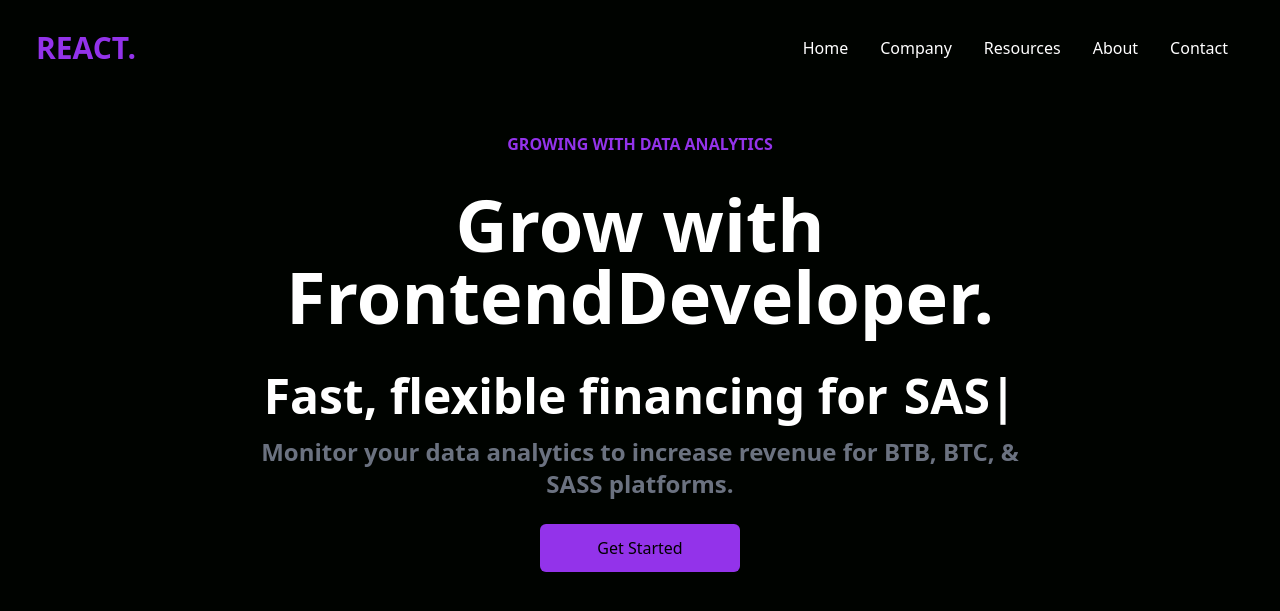
Repository: OmniaRafat232111121/tailwindreact
Page: /
An editor plug-in stored every save of this project. The page is shown before and after a run of saves, followed by the edit.
The browser window is 1280 px wide. The pictures show the whole page.
The project was rebuilt for these pictures with package versions that can differ from the ones it lists, and the page was loaded fresh each time.

Above is the page before, as saved 2022-09-11 02:15:36.

### src/index.js
import React from 'react';
import ReactDOM from 'react-dom/client';
import './index.css';
import App from './App';
import 'animate.css';
const root = ReactDOM.createRoot(document.getElementById('root'));
root.render(
  <React.StrictMode>
    <App />
  </React.StrictMode>
);

### src/App.js
import React from 'react';
// import Analytics from './components/Analytics';
// import Cards from './components/Cards';
// import Footer from './components/Footer';
 import Hero from './components/Hero';
import Navbar from './components/Navbar';
// import Newsletter from './components/Newsletter';

function App() {
  return (
    <div>
      <Navbar />
      <Hero/>
    </div>
  );
}

export default App;

### src/components/Hero.jsx
import React from 'react';
import Typed from 'react-typed';

const Hero = () => {
  return (
    <div className='text-white'>
      <div className='max-w-[800px] mt-[-96px] w-full h-screen mx-auto text-center flex flex-col justify-center'>
        <p className='text-purple-600 font-bold p-2'>
          GROWING WITH DATA ANALYTICS
        </p>
        <h1 className='md:text-7xl sm:text-6xl text-4xl font-bold md:py-6'>
          Grow with FrontendDeveloper.
        </h1>
        <div className='flex justify-center items-center'>
          <p className='md:text-5xl sm:text-4xl text-xl font-bold py-4'>
            Fast, flexible financing for
          </p>
          <Typed
          className='md:text-5xl sm:text-4xl text-xl font-bold md:pl-4 pl-2'
            strings={['BTB', 'BTC', 'SASS']}
            typeSpeed={120}
            backSpeed={140}
            loop
          />
        </div>
        <p className='md:text-2xl text-xl font-bold text-gray-500'>Monitor your data analytics to increase revenue for BTB, BTC, & SASS platforms.</p>
        <button className='bg-purple-600 w-[200px] rounded-md font-medium my-6 mx-auto py-3 text-black'>Get Started</button>
      </div>
    </div>
  );
};

export default Hero;

### src/components/Navbar.jsx
import React, { useState } from 'react';
import { AiOutlineClose, AiOutlineMenu } from 'react-icons/ai';

const Navbar = () => {
    const [nav, setNav] = useState(false);

    const handleNav = () => {
      setNav(!nav);
    };

  return (
    <div className=' animate__animated animate__animated animate__backInRight flex justify-around items-center  text-white h-24 max-w-[1240px] px-4 mx-auto'>
      <h1 className='w-full text-3xl font-bold text-purple-600'>REACT.</h1>
      <ul className='hidden md:flex'>
        <li className='p-4 border-purple-600  hover:border-b-2 '>Home</li>
        <li className='p-4 border-purple-600  hover:border-b-2'>Company</li>
        <li className='p-4 border-purple-600  hover:border-b-2 '>Resources</li>
        <li className='p-4 border-purple-600  hover:border-b-2'>About</li>
        <li className='p-4 border-purple-600  hover:border-b-2 '>Contact</li>
      </ul>
      <div onClick={handleNav} className='block md:hidden'>
      {nav ? <AiOutlineClose size={20}/> : <AiOutlineMenu size={20} />}
  </div>
  <div className='h-100% animate__animated animate__animated animate__animate__shakeX'>
  <ul className={nav ? 'fixed left-0 top-0 w-[50%] min-h-[50%] border-r border-r-gray-900 bg-[#000300] ease-in-out duration-500' : 'ease-in-out duration-500 fixed left-[-100%]'}>
  <h1 className='w-full text-3xl font-bold text-purple-600 m-4'>REACT.</h1>
      <li className='p-4  border-purple-600  hover:border-b-4'>Home</li>
      <li className='p-4  border-purple-600  hover:border-b-4'>Company</li>
      <li className='p-4  border-purple-600  hover:border-b-4'>Resources</li>
      <li className='p-4  border-purple-600  hover:border-b-4'>About</li>
      <li className='p-4'>Contact</li>
  </ul>
  </div>
</div>
  );
};

export default Navbar;

Loaded but not shown: public/index.html (common file); src/index.css (common file); tailwind.config.js (common file)

After the next 6 saves:
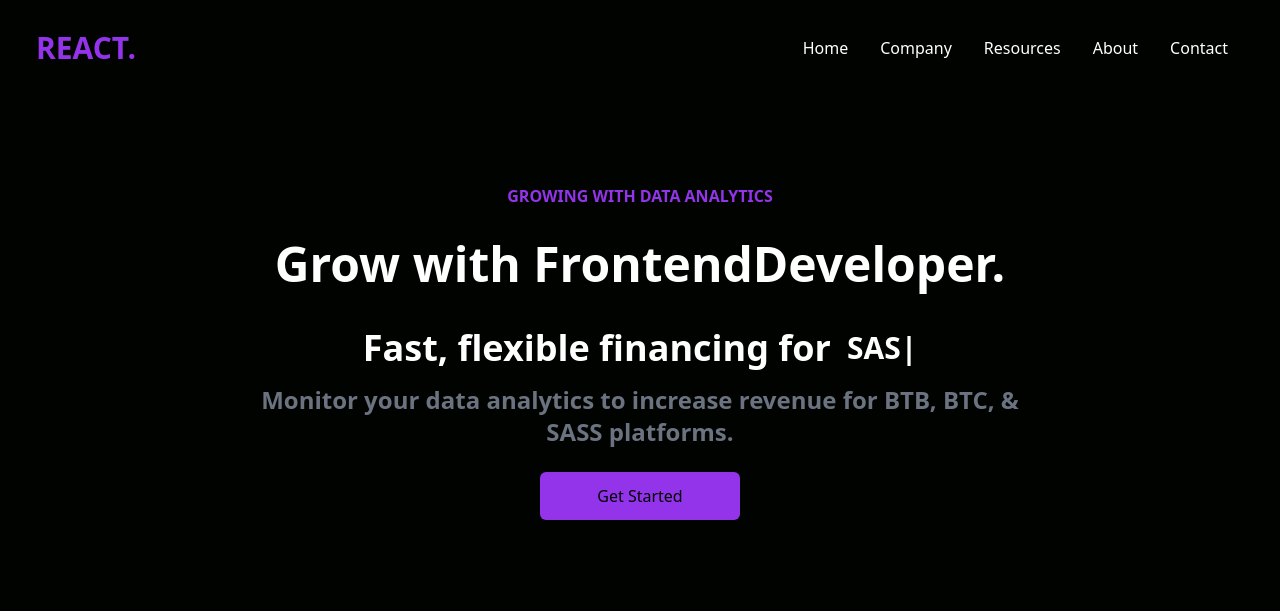
The 6 saves are shown as one change because they came seconds apart.
The last was saved 18 s later.
--- a/src/components/Hero.jsx
+++ b/src/components/Hero.jsx
@@ -8,15 +8,15 @@ const Hero = () => {
         <p className='text-purple-600 font-bold p-2'>
           GROWING WITH DATA ANALYTICS
         </p>
-        <h1 className='md:text-7xl sm:text-6xl text-4xl font-bold md:py-6'>
+        <h1 className='md:text-5xl sm:text-6xl text-4xl font-bold md:py-6'>
           Grow with FrontendDeveloper.
         </h1>
         <div className='flex justify-center items-center'>
-          <p className='md:text-5xl sm:text-4xl text-xl font-bold py-4'>
+          <p className='md:text-4xl sm:text-4xl text-xl font-bold py-4'>
             Fast, flexible financing for
           </p>
           <Typed
-          className='md:text-5xl sm:text-4xl text-xl font-bold md:pl-4 pl-2'
+          className='md:text-3xl sm:text-4xl text-xl font-bold md:pl-4 pl-2'
             strings={['BTB', 'BTC', 'SASS']}
             typeSpeed={120}
             backSpeed={140}
